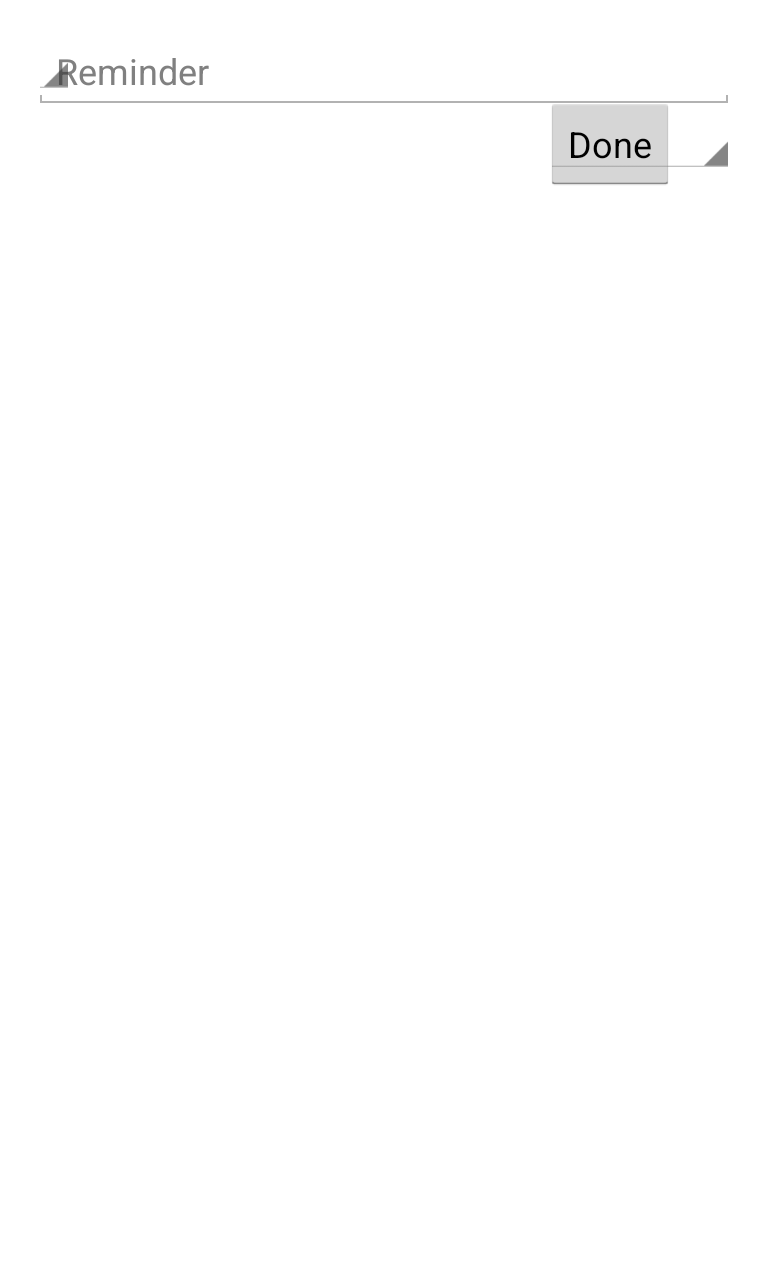
Repository: ericluo1123/myAndroidCode
Layout: SimpleRelativeLayout/res/layout/activity_main.xml
The author's editor kept a copy of each file at every save. The layout is drawn from the files as they stood at one save, then again after the next save.
It is drawn on a 768 x 1280 px phone screen (xhdpi) without system bars, with theme AppTheme; the app's code is not run.

Above is the layout before, as saved 2014-09-05 13:27:20.

After the next save:
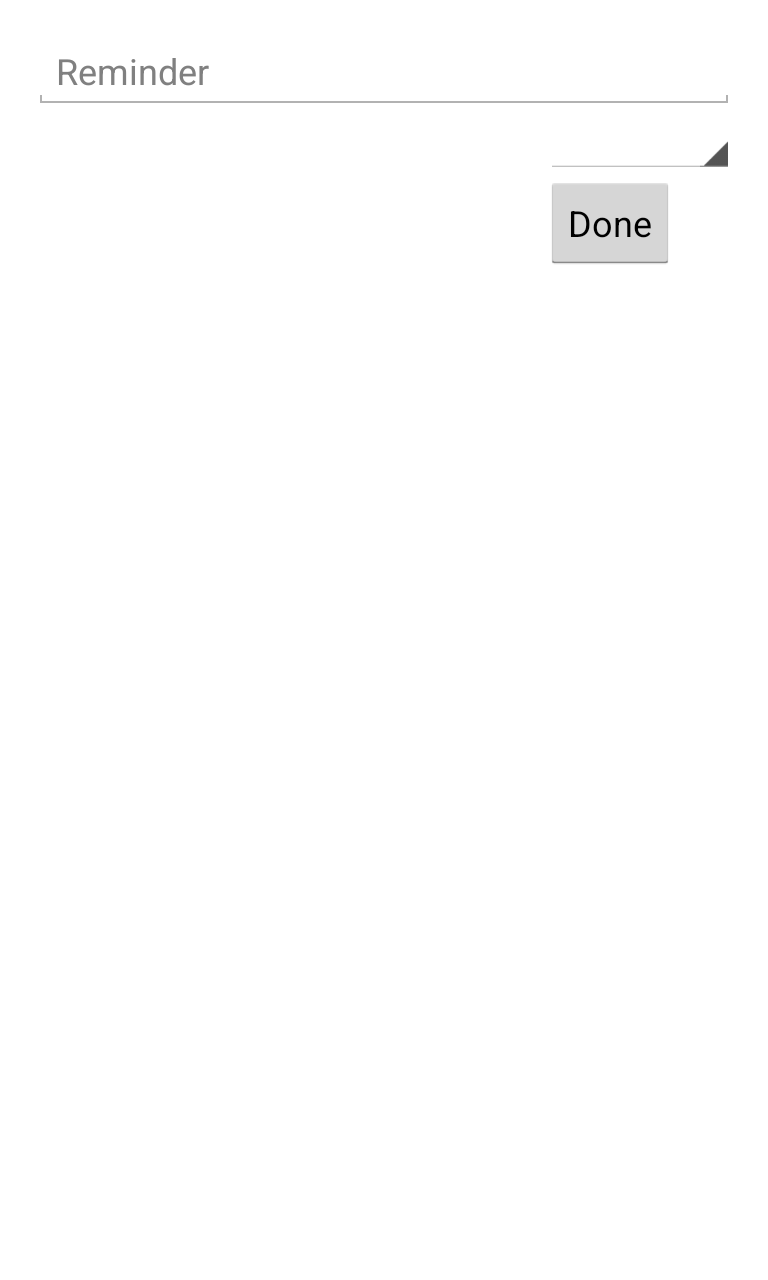
Saved 2 min 10 s later.
--- a/SimpleRelativeLayout/res/layout/activity_main.xml
+++ b/SimpleRelativeLayout/res/layout/activity_main.xml
@@ -18,13 +18,6 @@
         android:hint="Reminder" />
 
     <Spinner
-        android:id="@+id/spinner1"
-        android:layout_width="wrap_content"
-        android:layout_height="wrap_content"
-        android:layout_alignLeft="@+id/editText1"
-        android:layout_below="@+id/name" />
-
-    <Spinner
         android:id="@+id/spinner2"
         android:layout_width="96dp"
         android:layout_height="wrap_content"
@@ -39,4 +32,11 @@
         android:layout_below="@+id/spinner1"
         android:text="Done" />
 
+    <Spinner
+        android:id="@+id/spinner1"
+        android:layout_width="wrap_content"
+        android:layout_height="wrap_content"
+        android:layout_alignRight="@+id/spinner2"
+        android:layout_alignTop="@+id/spinner2" />
+
 </RelativeLayout>
